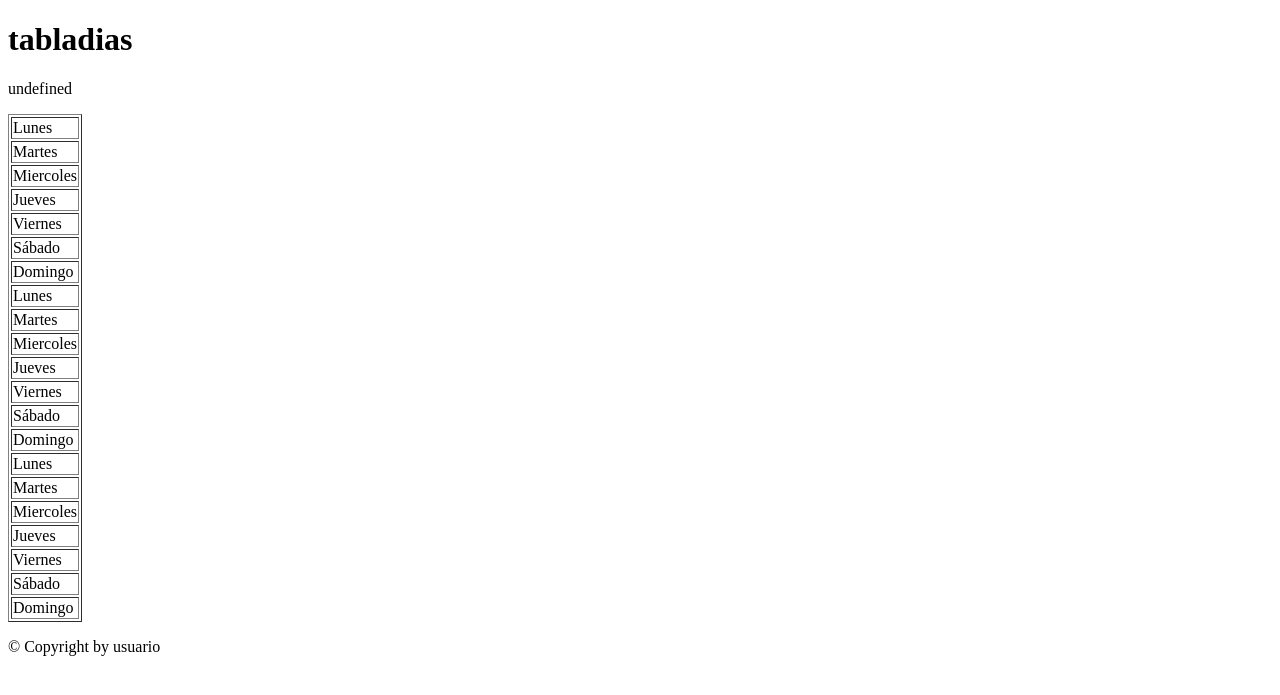
Repository: JMLobato/RolOnline
Page: Aptana Studio 3 Workspace/prueba/tabladias.html
These files come from the project's save history. The page is drawn as it stood at one moment and after the next save; the edit follows.
The browser window is 1280 px wide. The pictures show the whole page.

Above is the page before, as saved 2016-12-05 12:02:18.

### Aptana Studio 3 Workspace/prueba/tabladias.html
<!DOCTYPE html>
<html lang="en">
	<head>
		<meta charset="utf-8">

		<!-- Always force latest IE rendering engine (even in intranet) & Chrome Frame
		Remove this if you use the .htaccess -->
		<meta http-equiv="X-UA-Compatible" content="IE=edge,chrome=1">

		<title>tabladias</title>
		<meta name="description" content="">
		<meta name="author" content="usuario">

		<meta name="viewport" content="width=device-width; initial-scale=1.0">

		<!-- Replace favicon.ico & apple-touch-icon.png in the root of your domain and delete these references -->
		<link rel="shortcut icon" href="/favicon.ico">
		<link rel="apple-touch-icon" href="/apple-touch-icon.png">
		<script type="text/javascript" src="prueba.js"></script>
	</head>

	<body>
		<div>
			<header>
				<h1>tabladias</h1>
			</header>
			<nav>
				<p id="yolo"></p>
				<script>
				document.getElementById("yolo").innerHTML=tabla();
				</script>
			</nav>

			<div>

			</div>

			<footer>
				<p>
					&copy; Copyright  by usuario
				</p>
			</footer>
		</div>
	</body>
</html>

### Aptana Studio 3 Workspace/prueba/prueba.js
/**
 * @author usuario
 */
function finde(N1){
if (isNaN(N1)){
	document.write( N1 + " no es un número" + "<br/>");
}
	else if ((N1>=1) && (N1<=7)) {

			if(N1>=6){document.write("Es fin de semana" + "<br/>");}

			else {document.write("No es fin de semana" + "<br/>");}
		}
		else {document.write("No es un número valido"+"<br/>");}
}

function diassemana(X){

	var dias=new Array(7);
	dias[0]="Lunes";
	dias[1]="Martes";
	dias[2]="Miercoles";
	dias[3]="Jueves";
	dias[4]="Viernes";
	dias[5]="Sábado";
	dias[6]="Domingo";

	if ((X>=1) && (X<=7)) {

			if(X>=6){document.write("Es fin de semana y el dia es "+ dias[X-1] + "<br/>");}

			else {document.write("Es entre de semana y el dia es "+ dias[X-1] + "<br/>");}
		}
	else {document.write("No es un número valido"+"<br/>");}
}
function diactual(){

	var dias=new Array(7);
	dias[0]="Lunes";
	dias[1]="Martes";
	dias[2]="Miercoles";
	dias[3]="Jueves";
	dias[4]="Viernes";
	dias[5]="Sábado";
	dias[6]="Domingo";
	var fecha=new Date();
	document.write("Hoy es "+dias[fecha.getDay()-1]);
}
function tabla(){

	var dias=new Array(7);
	dias[0]="Lunes";
	dias[1]="Martes";
	dias[2]="Miercoles";
	dias[3]="Jueves";
	dias[4]="Viernes";
	dias[5]="Sábado";
	dias[6]="Domingo";
	document.write("<table border=1>");
	for(var i=0;i<=6;i++){document.write("<tr><td>"+dias[i]+"</td></tr>");}
	for(var i=0;i<=6;i++){document.write("<tr><td>"+dias[i]+"</td></tr>");}
	for(var i=0;i<=6;i++){document.write("<tr><td>"+dias[i]+"</td></tr>");}
	document.write("</table>");
}

After the next save:
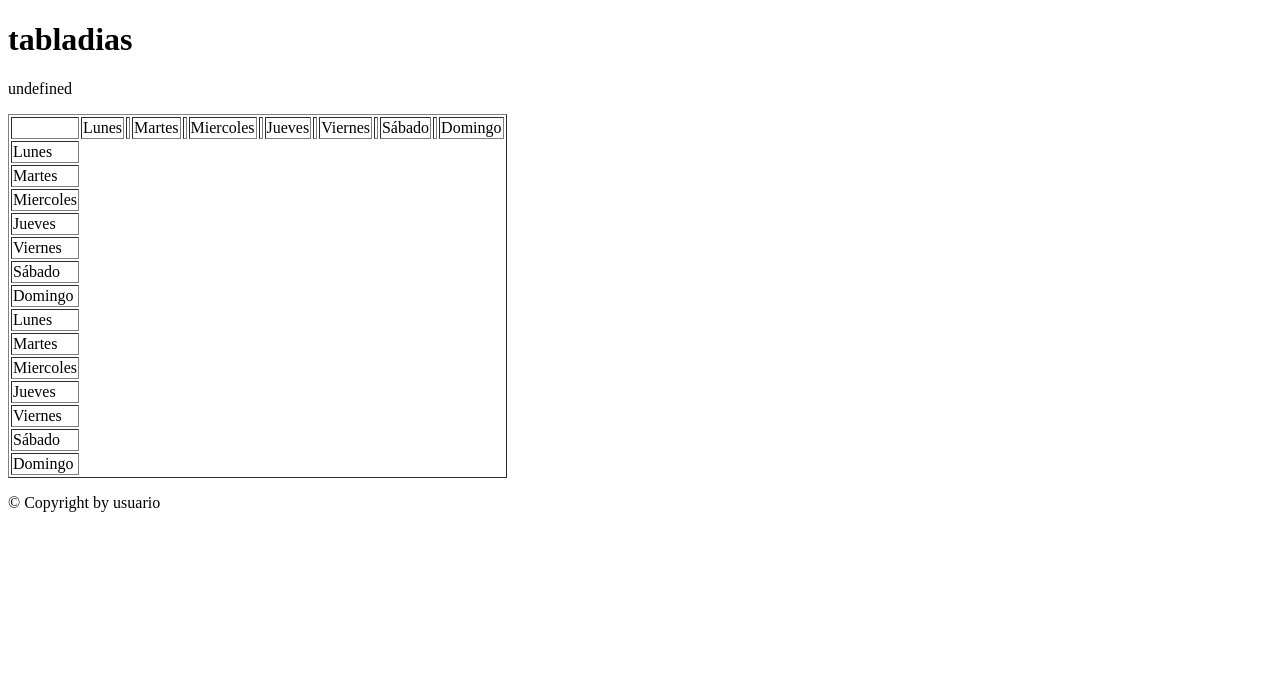
Saved 27 s later.
--- a/Aptana Studio 3 Workspace/prueba/prueba.js
+++ b/Aptana Studio 3 Workspace/prueba/prueba.js
@@ -57,7 +57,7 @@ function tabla(){
 	dias[5]="Sábado";
 	dias[6]="Domingo";
 	document.write("<table border=1>");
-	for(var i=0;i<=6;i++){document.write("<tr><td>"+dias[i]+"</td></tr>");}
+	for(var i=0;i<=6;i++){document.write("<th><td>"+dias[i]+"</td></th>");}
 	for(var i=0;i<=6;i++){document.write("<tr><td>"+dias[i]+"</td></tr>");}
 	for(var i=0;i<=6;i++){document.write("<tr><td>"+dias[i]+"</td></tr>");}
 	document.write("</table>");
